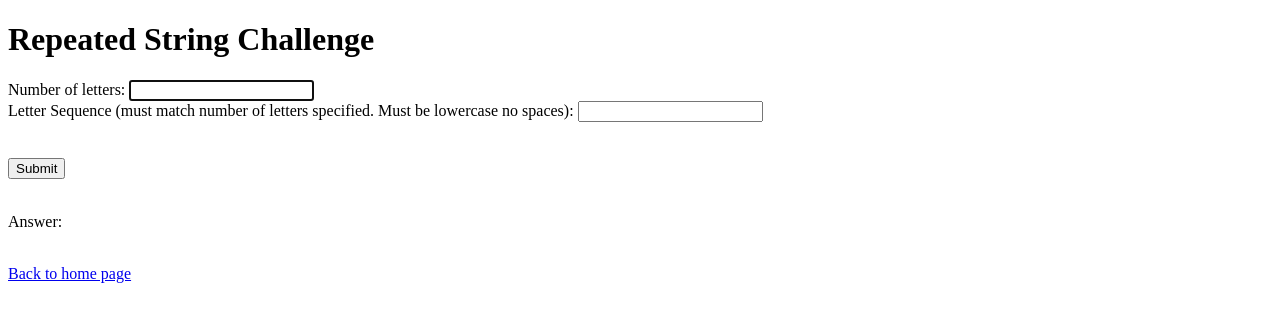
Repository: schniebel/BenchProjects
Page: http://localhost/repeatedstring
The author's editor kept a copy of each file at every save. The page is drawn from the files as they stood at one save, then again after the next save.
The browser window is 1280 px wide. The pictures show the whole page.
The page is this project's Thymeleaf template; nobody is signed in. The template is opened directly, without the code that normally fills it, so the values that code supplies are empty.

Above is the page before, as saved 2019-04-02 18:15:38.

### HackerRank/Hacker-Rank-SpringBoot/src/main/resources/templates/repeatedstring.html
 <!DOCTYPE html>
<html xmlns:th="http://www.thymeleaf.org">
<head>
<meta charset="UTF-8">
<title>Repeated String</title>
</head>
<body>
	<h1>Repeated String Challenge</h1>

	<p th:if="${invalidInputs}" class="error">invalid input. letter sequence must only be made up of lowercase letters with no spaced. number of letters in sequence must match number of letters specified</p>


	<form th:action="@{/repeatedstring}" th:object="${repeatedStringForm}" method="post">
		<label for="numberOfLetters">Number of letters: </label>
		<input type="text" id="numberOfLetters" name="numberOfLetters" autofocus="autofocus"/> <br/>
		<label for="stringSequenceInput">Letter Sequence (must match number of letters specified. Must be lowercase no spaces): </label>
		<input type="text" id="stringSequenceInput" name="stringSequenceInput" autofocus="autofocus"/> <br/>

		<br/><br/>
		<input type="submit" value="Submit"/>
	</form>

	<br/>
	<p>Answer: </p>
	<div th:if="${inputSubmitted}">
		<p th:text="${repeatedStringAnswer}"></p>
	</div>

	<br/>
	<a th:href="@{/index}">Back to home page</a>


</body>
</html>

After the next save:
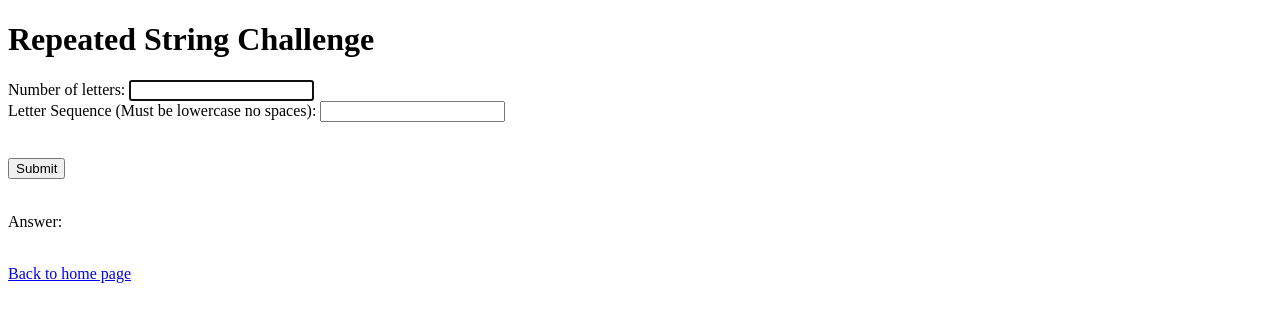
Saved 2 min 56 s later.
--- a/HackerRank/Hacker-Rank-SpringBoot/src/main/resources/templates/repeatedstring.html
+++ b/HackerRank/Hacker-Rank-SpringBoot/src/main/resources/templates/repeatedstring.html
@@ -13,7 +13,7 @@
 	<form th:action="@{/repeatedstring}" th:object="${repeatedStringForm}" method="post">
 		<label for="numberOfLetters">Number of letters: </label>
 		<input type="text" id="numberOfLetters" name="numberOfLetters" autofocus="autofocus"/> <br/>
-		<label for="stringSequenceInput">Letter Sequence (must match number of letters specified. Must be lowercase no spaces): </label>
+		<label for="stringSequenceInput">Letter Sequence (Must be lowercase no spaces): </label>
 		<input type="text" id="stringSequenceInput" name="stringSequenceInput" autofocus="autofocus"/> <br/>
 
 		<br/><br/>
